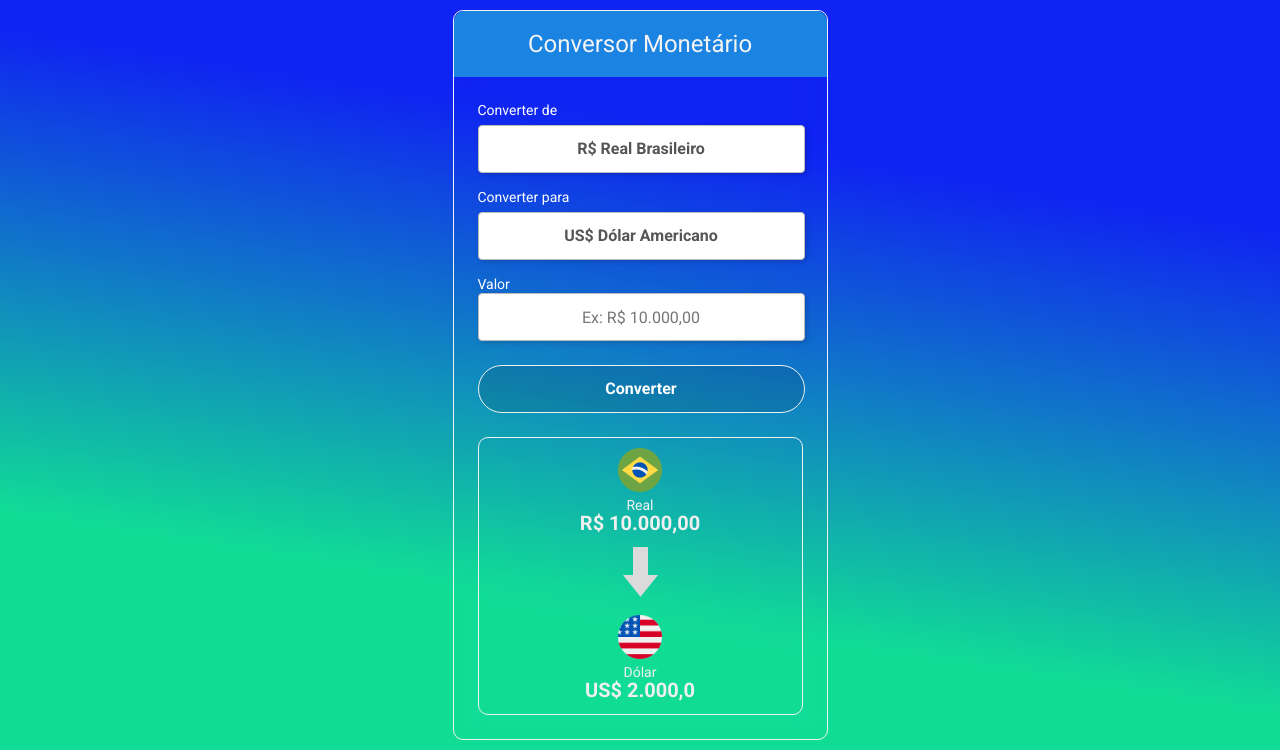
Repository: isayrous/coin-converter
Page: index.html
These files come from the project's save history. The page is drawn as it stood at one moment and after the next save; the edit follows.
The browser window is 1280 px wide. The pictures show the whole page.

Above is the page before, as saved 2022-11-03 00:04:53.

After the next save:
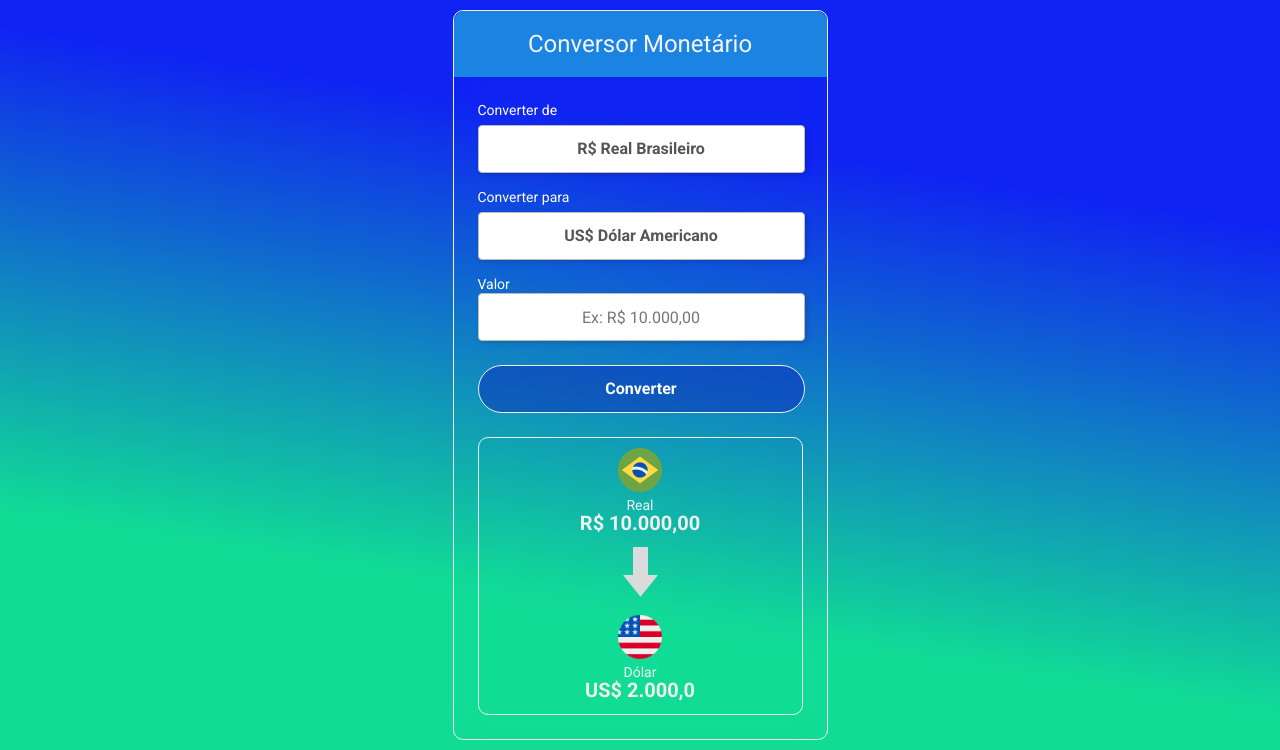
Saved 26 s later.
--- a/style.css
+++ b/style.css
@@ -91,7 +91,7 @@ input::-webkit-outer-spin-button,input::-webkit-inner-spin-button {
 }
 
 button {
-    background: rgba(0,0,0,0.1);
+    background: rgba(14, 17, 185, 0.4);
     border: 1px solid #f0f0f0;
     border-radius: 25px;
     height: 48px;
